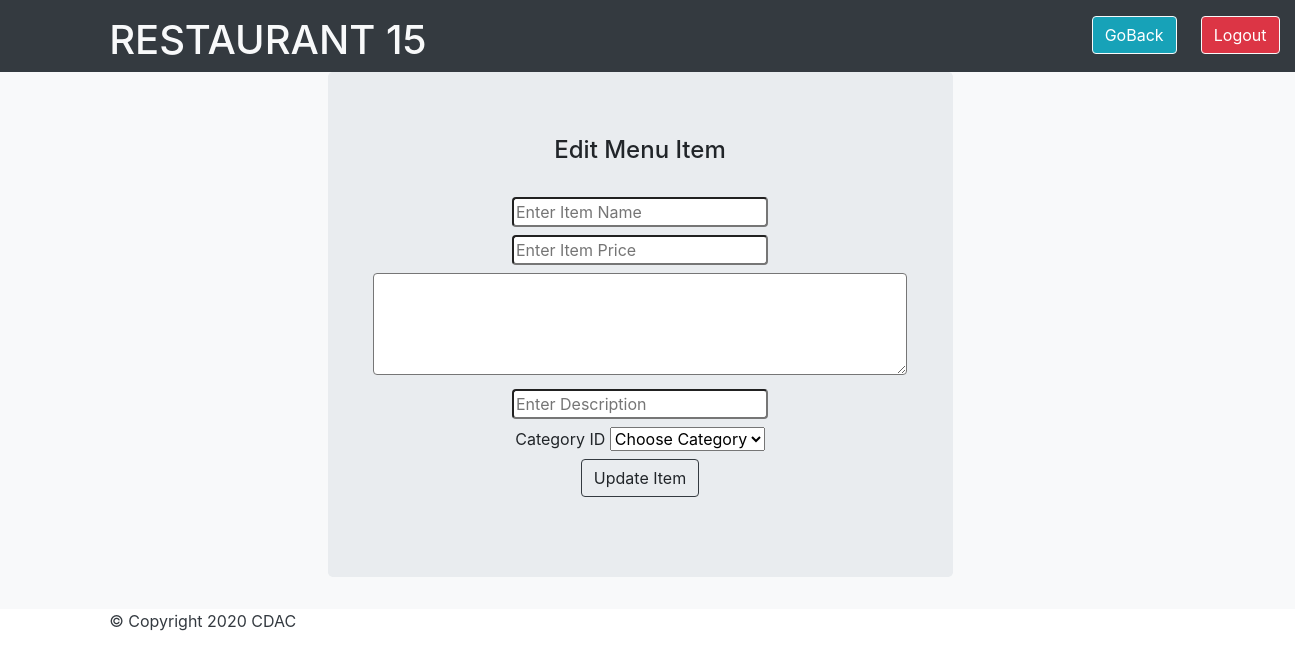
Repository: Pedaxx-IT-solution/E-Waiter-Stuff-
Page: http://localhost/ProjectEwaiter/WEB-INF/views/editmenu.jsp
An editor plug-in stored every save of this project. The page is shown before and after the next save, followed by the edit.
The browser window is 1280 px wide. The page is 1295 px wide, so the pictures cover 1295 px, including what lies to the right of the window. The pictures show the whole page.
The page is served by Tomcat 9. Nobody is signed in. The template is opened directly, without the code that normally fills it, so the values that code supplies are empty.

Above is the page before, as saved 2020-01-26 12:44:03.

After the next save:
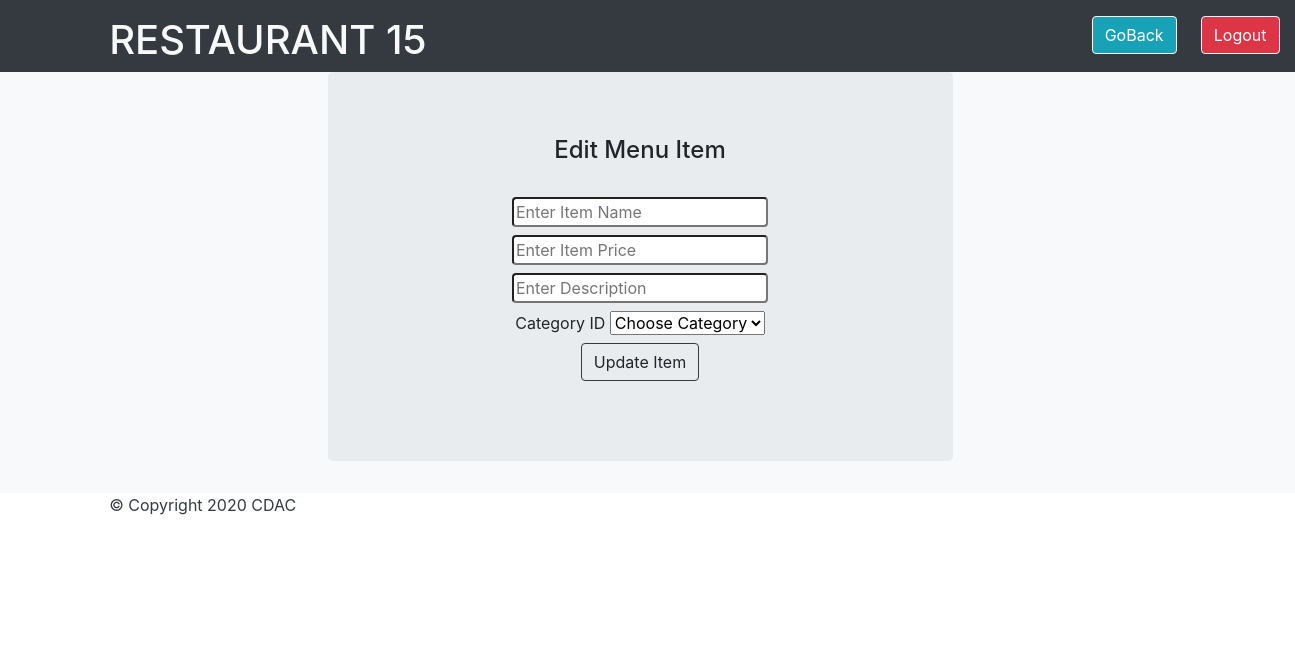
Saved 10 s later.
--- a/MyProject/ProjectEwaiter/src/main/webapp/WEB-INF/views/editmenu.jsp
+++ b/MyProject/ProjectEwaiter/src/main/webapp/WEB-INF/views/editmenu.jsp
@@ -87,7 +87,6 @@ response.setHeader("Expires", "0");
 	<input type="hidden" class="mb-2 rounded" name="item_id" placeholder="Enter Item Id" value="${menu.item_id}" required><br>
 	<input type="text" class="mb-2 rounded" name="item_name" placeholder="Enter Item Name" value="${menu.item_name}" required><br>
 	<input type="text" class="mb-2 rounded" name="item_price" pattern= "([0-9]|&#8734;)+"  placeholder="Enter Item Price" value="${menu.item_price}"  required><br>
-	<textarea rows="4" cols="50" class="mb-2 rounded" name="description" form="addform"   required></textarea><br>
 	<input type="text" class="mb-2 rounded" name="description" min="0" max="50"  placeholder="Enter Description"value="${menu.description}"  required><br>
 
 	    <p>Category ID
